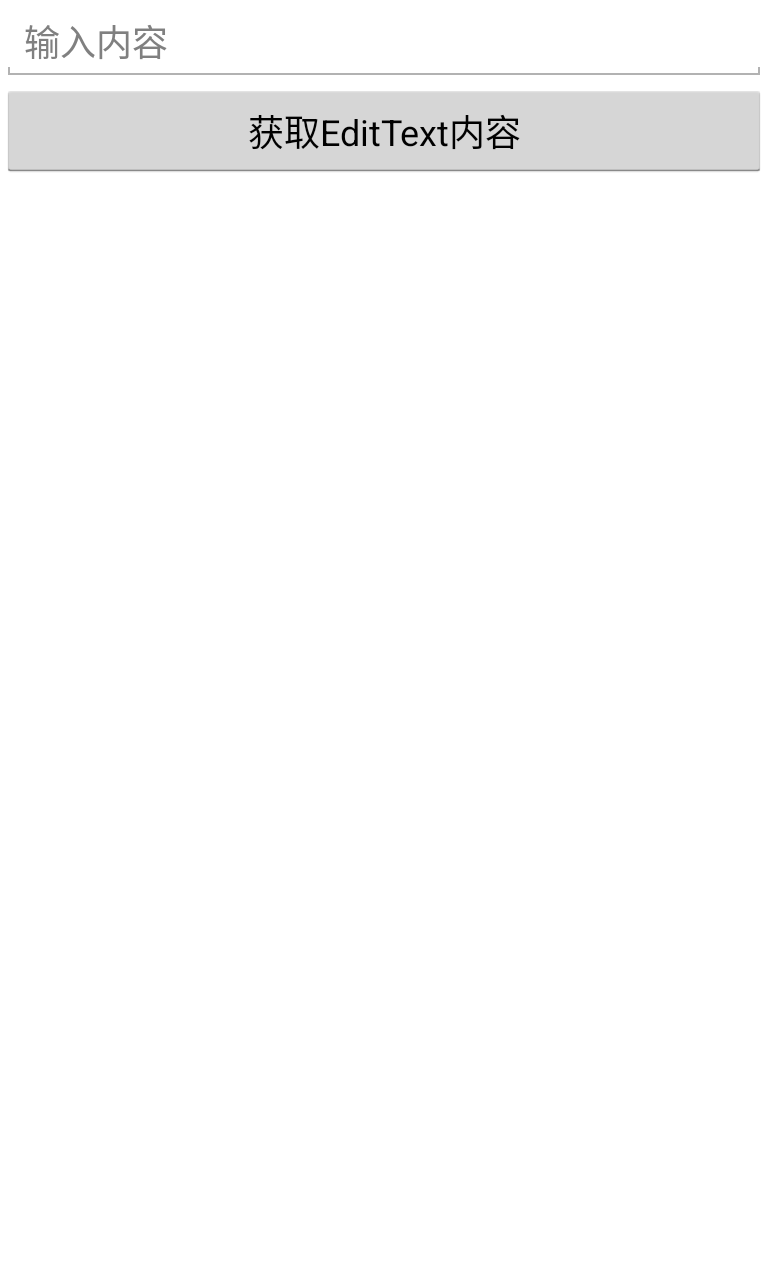
Repository: liujianpc/AndroidStudy
Layout: TestUI/res/layout/activity_main.xml
The author's editor kept a copy of each file at every save. The layout is drawn from the files as they stood at one save, then again after the next save.
It is drawn on a 768 x 1280 px phone screen (xhdpi) without system bars, with theme AppTheme; the app's code is not run.

Above is the layout before, as saved 2016-07-11 07:42:26.

### TestUI/res/layout/activity_main.xml
<?xml version="1.0" encoding="utf-8"?>
<LinearLayout xmlns:android="http://schemas.android.com/apk/res/android"
    android:layout_width="match_parent"
    android:layout_height="match_parent"
    android:orientation="vertical" >

    <EditText
        android:id="@+id/edit_text"
        android:layout_width="match_parent"
        android:layout_height="wrap_content"
        android:hint="@string/hint"
        />
	<Button
	    android:id="@+id/button_1"
	    android:layout_width="match_parent"
	    android:layout_height="wrap_content"
	    android:text="@string/button_1"
	    />

</LinearLayout>

### TestUI/res/values/strings.xml
<?xml version="1.0" encoding="utf-8"?>
<resources>

    <string name="app_name">TestUI</string>
    <string name="hello_world">Hello world!</string>
    <string name="action_settings">Settings</string>
    <string name="hint">输入内容</string>
    <string name="button_1">获取EditText内容</string>
    <string name="action_exit">退出</string>
    <string name="action_start">开始</string>
    <string name="title_activity_second">SecondActivity</string>

</resources>

Loaded but not shown: TestUI/res/values/styles.xml (common file); TestUI/res/values-v11/styles.xml (common file); TestUI/res/values-v14/styles.xml (common file)

After the next save:
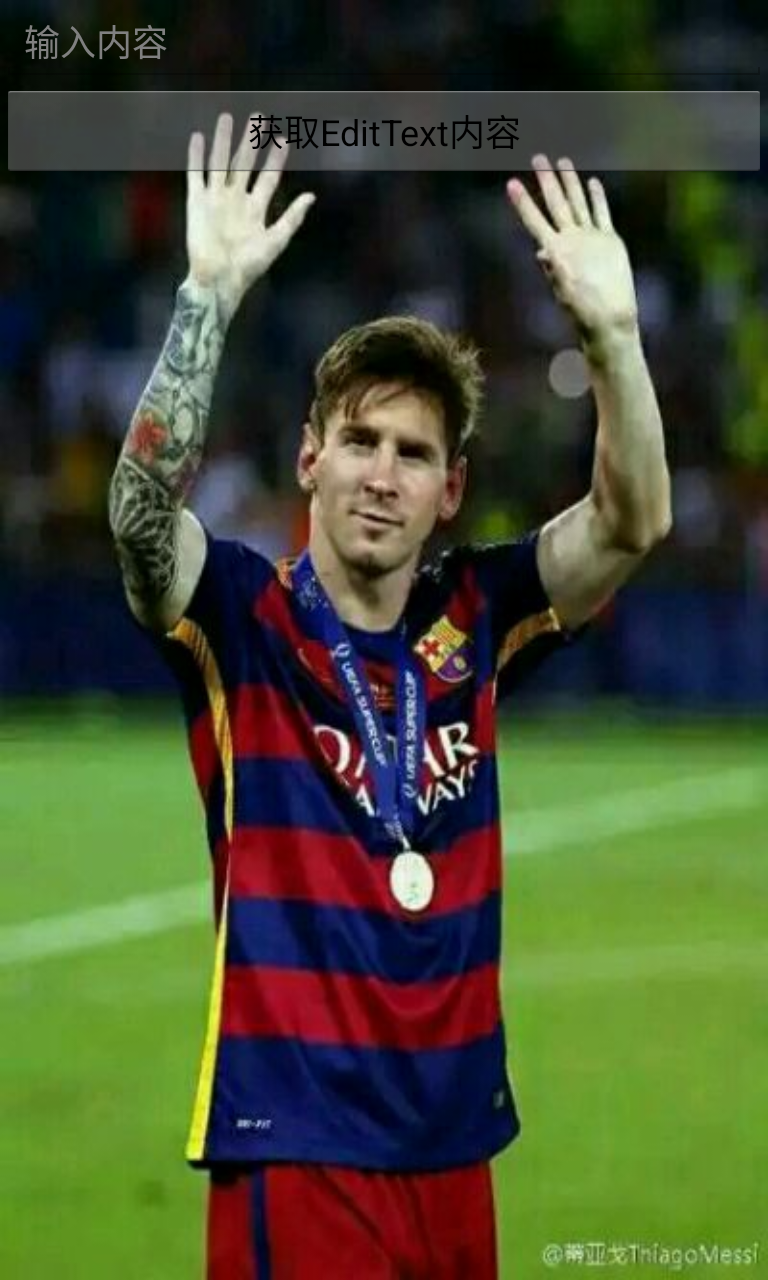
Saved 41 min 48 s later.
--- a/TestUI/res/layout/activity_main.xml
+++ b/TestUI/res/layout/activity_main.xml
@@ -2,7 +2,8 @@
 <LinearLayout xmlns:android="http://schemas.android.com/apk/res/android"
     android:layout_width="match_parent"
     android:layout_height="match_parent"
-    android:orientation="vertical" >
+    android:orientation="vertical"
+    android:background="@drawable/messi" >
 
     <EditText
         android:id="@+id/edit_text"
